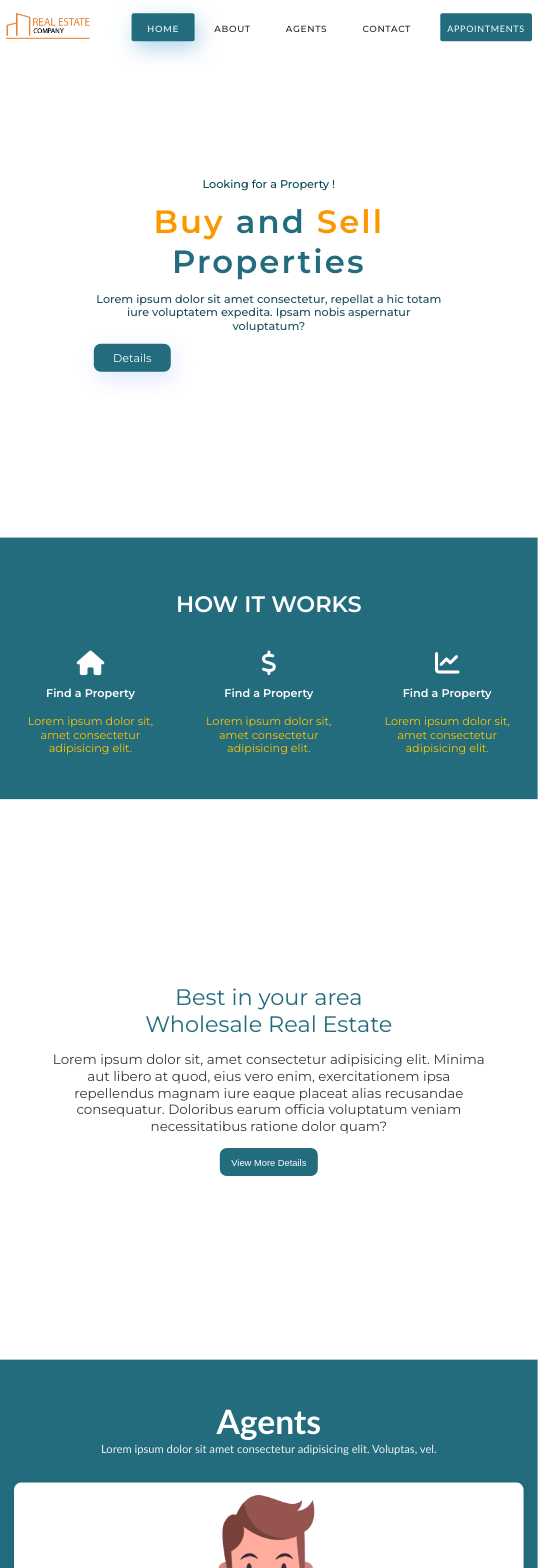
Repository: gabe126679/Mikes-site
Page: /
An editor plug-in stored every save of this project. The page is shown before and after the next save, followed by the edit.
The browser window is 768 px wide. The pictures show the part of the page from y = 0 to 2240 px (the page is 4342 px tall), at 70% of full size.
Some web libraries are served in a nearby version. The project was rebuilt for these pictures with package versions that can differ from the ones it lists, and the page was loaded fresh each time.

Above is the page before, as saved 2022-04-18 19:38:11.

### public/index.html
<!DOCTYPE html>
<html lang="en">
  <head>
    <meta charset="utf-8" />
    <link rel="icon" href="%PUBLIC_URL%/favicon.ico" />
    <meta name="viewport" content="width=device-width, initial-scale=1" />
    <meta name="theme-color" content="#000000" />
    <meta
      name="description"
      content="Web site created using create-react-app"
    />
    <link rel="apple-touch-icon" href="%PUBLIC_URL%/logo192.png" />

    <link rel="manifest" href="%PUBLIC_URL%/manifest.json" />
    <script src="https://kit.fontawesome.com/95dc93da07.js"></script>
    <title>Mike's Homes</title>
  </head>
  <body>
    <noscript>You need to enable JavaScript to run this app.</noscript>
    <div id="root"></div>

  </body>
</html>

### src/index.css
@import url('https://fonts.googleapis.com/css2?family=Montserrat:wght@300;400;500;600&display=swap');

/***fontawesome <script src="https://kit.fontawesome.com/95dc93da07.js"></script> *********/



body{
    margin:0px;
    padding: 0px;

    background-color: #ffffff;
    font-family: 'Montserrat', sans-serif;
}
*{
    box-sizing: border-box;
}
ul{
    list-style: none;
}
a{
    text-decoration: none;
}
button{
    outline: none;
    border: none;
}
input{
    outline: none;
    border: none;
}
.logo img{
    width: 120px;
}
.header{

    width:100%;
    height:768px;
    position: relative;
    background-repeat: no-repeat;
    background-size: cover;
    background-image: url("./images/header-bg.png");
}
nav{
	display: flex;
	justify-content: space-around;
	align-items: center;
	left: 0;
	top: 0;
	width:100%;
	z-index: 1;
	background-color: #FFFFFF;
}
nav ul{
	display: flex;
}
.active{
    background-color: #236c7e;
    color:rgb(255, 255, 255);
	box-shadow: 5px 10px 30px rgba(64, 149, 198, 0.411);
	transition: all ease 0.2s;
}
nav ul li a{
	height:40px;
	line-height: 43px;
	margin: 3px;
	padding: 0px 22px;
	display: flex;
	font-size: 0.8rem;
	text-transform: uppercase;
	font-weight: 500;
	color:#242424;
    letter-spacing: 1px;
    border-radius: 3px;
    transition: 0.2s ease-in-out;
}
.property{
    font-family: calibri;
	height:40px;
	line-height: 43px;
	padding: 0px 10px;
	display: flex;
	font-size: 0.8rem;
	text-transform: uppercase;
	font-weight: 500;
	color:#ffffff;
    letter-spacing: 1px;
    border-radius: 3px;
    transition: 0.2s ease-in-out;
    background-color: #236c7e;
}
nav ul li a:hover{
	background-color: #064757;
    color:#FFFFFF;
	box-shadow: 5px 10px 30px rgba(64, 149, 198, 0.411);
	transition: all ease 0.2s;
}
nav .menu-btn,
.menu-icon{
		display:none;
	}
.intro{
	font-family: 'Montserrat';
	width: 500px;
	position: absolute;
	left: 16%;
	top: 50%;
	transform: translate(-20%,-50%);
}
.intro span{
    color: #fc9700;
}
.intro .details{
    color: #1e4f5c;
}
.intro h1{
	font-family:'Montserrat';
	font-size: 46px;
	margin:0px;
	letter-spacing: 3px;
	color:#236c7e;
}
.intro p{
    color: #064757; font-weight: 500;
}
.header-btn{
	width:110px;
	height: 40px;
	display: flex;
	justify-content: center;
    align-items: center;
    background-color: #236c7e;
    box-shadow: 5px 10px 30px rgba(2, 82, 255, 0.137);
    border-radius: 10px;
	color:#ffffff;
}
.header-btn:hover{
	background-color: #04afda;
    transition: all ease 0.5s;
    color: #ffffff;
    box-shadow: 5px 0px 30px rgba(2, 154, 255, 0.39);
}
.container {
    max-width: 1140px;
    margin: 0 auto;
    padding: 0 20px;
}

.flex {
    display: flex;
    justify-content: space-between;
}
.how-it-works {
    padding: 3rem 0;
    background: #236c7e;
    text-align: center;
}

.how-it-works h2 {
    margin-bottom: 3rem;
    font-size: 2rem;
    font-family: 'Montserrat';
    color: #ffffff;
    font-weight: 600;
    text-transform: uppercase;
}

.how-it-works .flex > div {
    width: 30%;
}

.how-it-works h4 {
    color: #ffffff;
    margin-top: 1rem;
}
.how-it-works p{
    color: rgb(255, 196, 0);
}

.how-it-works span.fas {
    color: #ffffff;
    font-size: 35px;
}
  .about{
	width:100%;
	height: 100vh;
	background-color:#ffffff;
	box-sizing: border-box;
	display: flex;
	align-items: center;
	justify-content: space-between;
	padding: 50px 5% 0px 5%;
	position: relative;
}
.about-text{
	width: 50%;
}
.about-text h2{
	font-size: 2rem;
	color:#236c7e;
	font-weight: 400;
}
.about-text h2{
	margin: 0px;
	padding: 0px;
}
.about-text p{
	font-size: 1.2rem;
	color:#3a3a3a;

}
.about-text button{
	width: 140px;
	height: 40px;
	border-radius: 10px;
	border: none;
    outline: none;
    color: #ffffff;
	background-color:#236c7e;
}
.about-text button:hover{
	background-color: #04afda;
    transition: all ease 0.3s;
    color: #ffffff;
    box-shadow: 5px 0px 30px rgba(2, 154, 255, 0.39);
}
.about-model img{
    height: 400px;
}

.agent{
    width:100%;
    height:110vh;
    box-sizing: border-box;
    font-family: calibri;
    display: flex;
    flex-direction: column;
    align-items: center;
    justify-content: center;
    padding-top: 40px ;
    background: #236c7e;
}

.a-heading h1{
    color:#ffffff;
    font-size: 3rem;
    margin: 0px;
    padding: 0px;

}
.a-heading p{
    color:rgb(238, 238, 238);
    font-size: 1rem;
    margin: 0px;
    padding: 0px;
}
.a-heading{
    text-align: center;
    margin: 20px 0px;
}
.a-box{
    background-color: #ffffff;
    width:350px;
    height: 500px;
    margin: 20px;
    border-radius: 10px;
    overflow: hidden;
    box-shadow: 2px 2px 12px rgba(0,0,0,0.1);
    position: relative;
}
.b-container{
    display: flex;
    justify-content: center;
    align-content: center;
    width: 100%;

}
.a-b-img{
    width: 100%;
    height: 70%;

}
.a-b-img img{
    width:100%;
    height: 100%;
    object-fit: contain;
}
.a-b-text{
    width: 100%;
    height: 30%;
    background-color:#ffffff;
    display:flex;
    justify-content: center;
    align-items: center;
    text-align: center;
    flex-direction: column;
}
.a-box:hover{
    transform:translateY(-10px);
    transition: all ease 0.3s;

}
.agent-btn{
	width:110px;
	height: 40px;
	display: flex;
	justify-content: center;
    align-items: center;
    background-color: #236c7e;
    box-shadow: 5px 10px 30px rgba(2, 82, 255, 0.137);
    border-radius: 10px;
	color:#ffffff;
}
.agent-btn:hover{
	background-color: #04afda;
    transition: all ease 0.5s;
    color: #ffffff;
    box-shadow: 5px 0px 30px rgba(2, 154, 255, 0.39);
}

.product{
	width: 100%;
	background-color: #FFFFFF;
	display: flex;
	height: 760px;
	flex-direction: column;
	align-items: center;
	padding:40px 20px;
	position: relative;
	border-radius: 10px;
	margin-top: 70px;
}


.p-heading{

	margin:20px;
	text-shadow: 2px 2px 10px rgba(0,0,0,0.05);
}
.p-heading h3{
	font-weight: 600;
	letter-spacing: 2px;
	text-align: center;
	font-size:2.5rem;
	color:#323543;

}
.p-heading h3 font{
	color:#303030;
}
.product-container{
	display: flex;
	justify-content: center;
	align-items: center;
	flex-wrap: wrap;
	margin: 10px 0px;
	width:100%;
}
.p-box{
	width:350px;
	height: 420px;
	display: flex;
	justify-content: center;
	align-items: center;
	flex-direction: column;
	border-radius: 12px;
	position: relative;
	margin: 20px 30px;
    background-color: rgb(255, 255, 255);
    box-shadow: 2px 2px 30px rgba(0,0,0,0.1);
}
.p-box img{
	height:150px;
}
.p-box p{
	color:#4d4d4d70;
	font-family: myriad pro;
	font-size: 0.9rem;
	letter-spacing: 0.5;
}
.price{
	color:#2c2c2c;
	font-family: poppins;
	font-size: 1rem;;
}
.buy-btn{
	position: absolute;
	width:140px;
	height: 40px;
	display: flex;
	justify-content: center;
	align-items: center;
	font-family:calibri;
	left: 50%;
	bottom: 20px;
	transform: translateX(-50%);
	border-radius: 15% 15% 15% 15% / 50% 50% 50% 50%;
	background:linear-gradient(120deg,#064757 20%,#04afda);
	color:#FFFFFF;
	display: none;
	animation: fade 0.2s;
}
.p-box:hover .buy-btn{
	display: flex;
}
.p-box:hover{
	box-shadow: 2px 2px 30px rgba(0, 0, 0, 0.233);
	background-color:#FFFFFF;
}
.p-box:hover .price{
	color:#04afda;
	transition: all ease 0.2s;
}

@keyframes fade{
	0%{
		opacity: 0;
	}
	100%{
		opacity: 1;
	}
}
.contact{
    background-color: #236c7e;
	display:flex;
	flex-direction: column;
	justify-content: center;
	align-items: center;
    margin:10px 0px;
    margin-top: 80px;
    padding: 30px 0px;
}
.contact h3{
	font-size:2.5rem;
    margin:20px;
    color: #ffffff;
}
.contact-input{
	width:400px;
	height:50px;
	background-color:#FFFFFF;
	display:flex;
	justify-content: center;
	border-radius: 50px;
	box-shadow: 2px 2px 30px rgba(0,0,0,0.15);
}
.contact-input input{
	width:100%;
	background-color: transparent;
	border:none;
	outline: none;
	text-align: center;
	color:#242425;
}
.contact-input a{
	width:200px;
	height:35px;
	background-color:#236c7e;
	color:#FFFFFF;
	display: flex;
	font-size: 0.9rem;
	justify-content: center;
	align-items: center;
	margin: auto 10px;
	border-radius: 20px;
	font-weight: 500;
}
@media(max-width:1190px){
	.header{
        background-size: 1150px !important;
        text-align: center;
	}
	.intro{
		left: 10%;
		top: 50%;
		transform: translate(-10%,-50%);
	}
	.about-model img{
		height:400px;
    }
    .agent{
		height:auto;
    }
    .b-container{
		flex-wrap: wrap;
	}
    .a-box{
		flex-grow: 1;
	}
	.a-b-img img{
		object-fit:contain;
	}

}

@media(max-width:970px){
  .header {
    background-image: none;
  }
	.main{
		background-image: none !important;

	}
	.intro{
		left: 50%;
		top: 50%;
		transform: translate(-50%,-50%);
    }
  .header-btn{
      margin-left: 0;
  }
	.about-model{
		display: none;
	}
	.about{
        text-align: center;
		justify-content: center;
		padding-top: 0px;
	}
	.about-text{
		width: 90%;
	}
	.about-text h1{
		font-size:4rem;
    }

}

@media(max-width:600px){
	.intro{
		width:60%;
    }}
    .scroll{
        left: 42.5%;
    }
    @media (max-width: 500px) {
        .how-it-works .flex {
            display: block;
        }

        .how-it-works .flex > div {
            width: 100%;
            margin-top: 2rem;
        }
        .contact{
            margin-top: 1000px;
        }

@media(max-width:1100px){.menu-icon{
    display:block;}
        nav{
            justify-content: space-between;
            height: 65px;
            padding: 0px 30px;
            position: fixed;
        }
        .property{
            background: none;
            font-size: 13px;
            color: #000;
            padding: 0px;
        }
        .logo img{
            width:70px;
        }
        .menu{
            display:none;
            position:absolute;
            top:65px;
            left:0px;
            background-color:#FFFFFF;
            border-bottom:4px solid #064757;
            width:100%;
            padding:0px;
            margin:0px;
        }
        .menu li{
            width:100%;
        }
        nav .menu li a{
            width:100%;
            height:40px;
            justify-content: center;
            align-items: center;
            margin:0px;
            padding: 25px;
            border:1px solid rgba(38,38,38,0.03);
        }
        nav .menu-icon{
            cursor:pointer;
            float:right;
            padding:28px 20px;
            position:relative;
            user-select: none;
        }
        nav .menu-icon .nav-icon{
            background-color:#333333;
            display:block;
            height:2px;
            position:relative;
            transition: background 0.2s ease-out;
            width:20px;
        }
        nav .menu-icon .nav-icon:before,
        nav .menu-icon .nav-icon:after{
            background:#333;
            content:'';
            display:block;
            height:100%;
            position:absolute;
            transition:all ease-out 0.2s;
            width:100%;
        }
        nav .menu-icon .nav-icon:before{
            top:5px;
        }
        nav .menu-icon .nav-icon:after{
            top:-5px;
        }
        nav .menu-btn:checked ~ .menu-icon .nav-icon{
            background:transparent;
        }
        nav .menu-btn:checked ~ .menu-icon .nav-icon:before{
            transform: rotate(-45deg);
            top:0;
        }
        nav .menu-btn:checked ~ .menu-icon .nav-icon:after{
            transform: rotate(45deg);
            top:0;
        }
        nav .menu-btn{
            display:none;
        }
        nav .menu-btn:checked ~ .menu{
            display:block;
        }}
        @media(max-width:400px){
            .s-box{
                width: 100%;
                height:400px;
            }
        }}

### src/App.js
import React from 'react';
import Header from './components/Header'
import Howitworks from './components/Howitworks'
import About from './components/About'
import Agent from './components/Agent'
import Properties from './components/Properties'
import Contact from './components/Contact'

function App() {
  return (
    <div className="App">
      <Header />
      <Howitworks />
      <About />
      <Agent />
      <Properties />
      <Contact />
    </div>
  );
}

export default App;

### src/components/Header.jsx
import React from 'react';
import Navbar from './Navbar'

function Header() {
  return (
    <div className="header">
        <Navbar />
        <div className="intro">
            <p>Looking for a Property !</p>
            <h1><span>Buy </span>and <span>Sell </span> Properties</h1>
            <p className="details">Lorem ipsum dolor sit amet consectetur, repellat a hic totam iure voluptatem expedita. Ipsam nobis aspernatur voluptatum? </p>
            <a href="#" className="header-btn">Details</a>

        </div>
    </div>
  )
}

export default Header

### src/components/Howitworks.jsx
import React from 'react'

function Howitworks() {
  return (
    <div className="how-it-works">
        <div className="container">
            <h2>How It Works</h2>
            <div className="flex">
                <div>
                    <span className="fas fa-home"></span>
                    <h4>Find a Property</h4>
                    <p>Lorem ipsum dolor sit, amet consectetur adipisicing elit.</p>
                </div>

                <div>
                    <span className="fas fa-dollar-sign"></span>
                    <h4>Find a Property</h4>
                    <p>Lorem ipsum dolor sit, amet consectetur adipisicing elit.</p>
                </div>

                <div>
                    <span className="fas fa-chart-line"></span>
                    <h4>Find a Property</h4>
                    <p>Lorem ipsum dolor sit, amet consectetur adipisicing elit.</p>
                </div>
            </div>
        </div>
    </div>
  )
}

export default Howitworks;

### src/components/About.jsx
import React from 'react'
import aboutimage from '../images/hero.png';

function About() {
  return (
    <div className="about">
      <div className="about-model">
        <img src={aboutimage} alt="about image"/>
      </div>
      <div className="about-text">
        <h2>Best in your area <br/>Wholesale Real Estate</h2>
        <p>Lorem ipsum dolor sit, amet consectetur adipisicing elit. Minima aut libero at quod, eius vero enim, exercitationem ipsa repellendus magnam iure eaque placeat alias recusandae consequatur. Doloribus earum officia voluptatum veniam necessitatibus ratione dolor quam?</p>
        <button>View More Details</button>
      </div>
    </div>
  )
}

export default About

### src/components/Agent.jsx
import React from 'react'
import Agentbox from './Agentbox';
import agentimage1 from '../images/s1.png';

function Agent() {
  return (
    <div className="agent">
        <div className="a-heading">
            <h1>Agents</h1>
            <p>Lorem ipsum dolor sit amet consectetur adipisicing elit. Voluptas, vel.</p>
        </div>
        <div className="b-container">
            <Agentbox image={agentimage1} name="Mike Melius"/>
        </div>
    </div>
  )
}

export default Agent;

### src/components/Properties.jsx
import React from 'react'
import Bproperty from "./Bproperty";
import pimage1 from "../images/p1.png"
import pimage2 from "../images/p2.png"
import pimage3 from "../images/p3.png"

function Properties() {
  return (
    <div className="product">
        <div className="p-heading">
            <h3>Properties</h3>
            <p>Lorem ipsum dolor sit amet consectetur adipisicing elit. Perferendis, vitae.</p>
        </div>

        <div className="product-container">
            <Bproperty image={pimage1} name="AL-Musalla" price="$240,989" />
            <Bproperty image={pimage2} name="AL-Hafz" price="" />
            <Bproperty image={pimage3} name="AL-Bahara" price="" />
        </div>
    </div>
  )
}

export default Properties;

### src/components/Contact.jsx
import React from 'react';

function Contact() {
  return (
    <div className="contact">
        <h3>Get the Best Property</h3>
        <div className="contact-input">
            <input type="email" placeholder="example@gmail.com"/>
            <a href="#">Continue</a>
        </div>
    </div>
  )
}

export default Contact;

### src/components/Navbar.jsx
import React from 'react'
import logo from "../images/logo1.png"

function Navbar() {
  return (
    <nav>
        <a href="#" className="logo">
            <img src={logo} alt="logo"/>
        </a>
        <input className="menu-btn" type="checkbox" id="menu-btn"/>
        <label className="menu-icon" for="menu-btn">
            <span className="nav-icon"></span>
        </label>
        <ul className="menu">
            <li><a href="#" className="active">Home</a></li>
            <li><a href="#">About</a></li>
            <li><a href="#">Agents</a></li>
            <li><a href="#">Contact</a></li>
        </ul>
        <a href="#" className="property">Appointments</a>
    </nav>
  )
}

export default Navbar

### src/components/Agentbox.jsx
import React from 'react'

function Agentbox(props) {
  return (
    <div className="a-box">
        <div className="a-b-img">
            <img src={props.image} alt=""/>
        </div>
        <div className="a-b-text">
            <h3>{props.name}</h3>
            <a href="#" className="agent-btn">Learn More</a>
        </div>
    </div>
  )
}

export default Agentbox;

### src/components/Bproperty.jsx
import React from 'react'

function Bproperty(props) {
  return (
    <div className="p-box">
        <img src={props.image} alt="product"/>
        <p> {props.name} </p>
        <a href="#" className="price">
            {props.price}
        </a>
        <a href="#" className="buy-btn">
            Add to Cart
        </a>
    </div>
  )
}

export default Bproperty;

Loaded but not shown: src/index.js (common file)

After the next save:
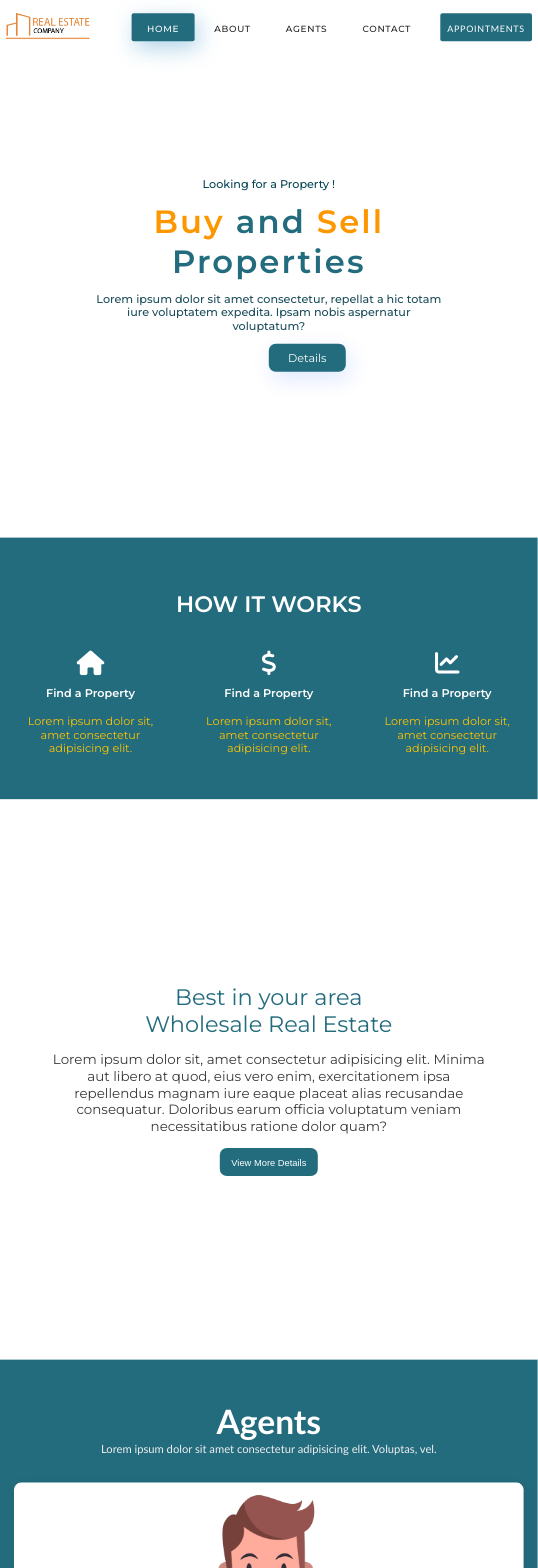
Saved 26 s later.
--- a/src/index.css
+++ b/src/index.css
@@ -506,7 +506,7 @@ nav .menu-btn,
 		transform: translate(-50%,-50%);
     }
   .header-btn{
-      margin-left: 0;
+      margin-left: 50%;
   }
 	.about-model{
 		display: none;
